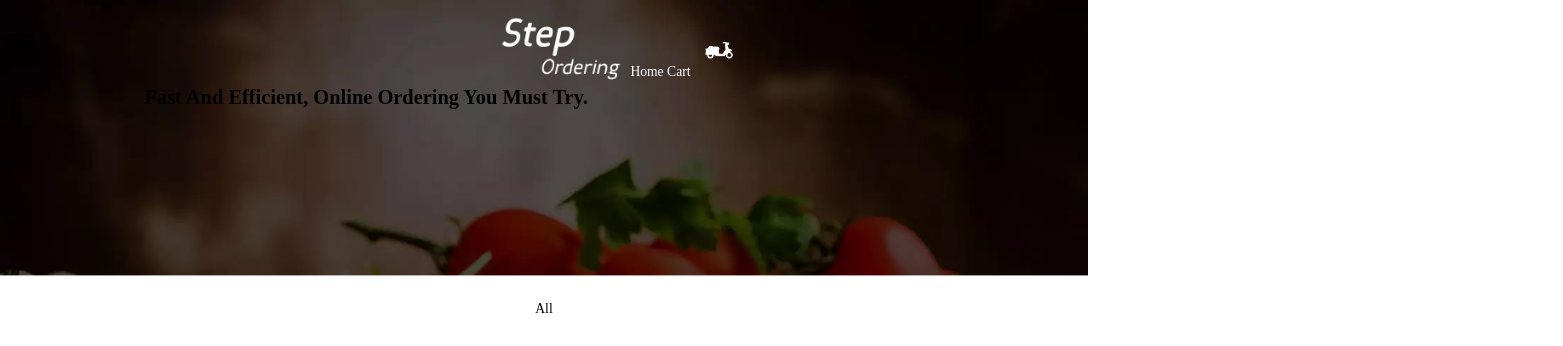
Repository: anastasia29-step/Online-Restaurant
Page: index.html
These files come from the project's save history. The page is drawn as it stood at one moment and after a run of saves; the edit follows.
The browser window is 1280 px wide. The page is 1280 px wide, then 1839 px, so the pictures cover 1839 px, including what lies to the right of the window. The pictures show the whole page, at 85% of full size.

Above is the page before, as saved 2026-03-09 15:11:46.
Not found: app.js/

### index.html
<!DOCTYPE html>
<html lang="en">

<head>
    <meta charset="UTF-8">
    <meta name="viewport" content="width=device-width, initial-scale=1.0">
    <title>Document</title>
    <link rel="stylesheet" href="style.css">
</head>
<body>

    <section class="FirstLine">
        <div class="beside">
             <div class="left">
            <a href="./index.html"><img src="./photo/logo.png" alt=""></a>
        </div>
        <div class="right">
            <a href="./index.html">Home</a>
            <a href="./Cart.html">Cart</a>
            <a href="./Cart.html"><img src="./photo/istockphoto-609074524-612x612 Background Removed.png" alt=""></a>
        </div>
        </div>
        <div class="bottom">
            <h1>Fast And Efficient, Online Ordering You Must Try.</h1>
        </div>
    </section>
    <ul>
        <li onclick="showAll()">All</li>
    </ul>


    <script src="app.js\"></script>
</body>
</html>

### style.css
*{
    margin: 0;
    padding: 0;
    box-sizing: border-box;
}

ul {
    display: flex;
    justify-content: center;
    flex-wrap: wrap;
    list-style: none;
    gap: 20px;
    margin: 30px;
}

.FirstLine {
    height: 45vh;
    background-image: url(./photo/inner_banner.jpg);
    background-position: center;
    background-repeat: no-repeat;
    background-size: cover;
    padding-left: 170px;
    padding-top: 20px;
}

.beside {
    display: flex;
    justify-content: center;
    align-items: center;
}

.beside .right a {
    text-decoration: none;
    color: white;
}

.beside .right img {
    width: 60px;
}

After the next 2 saves:
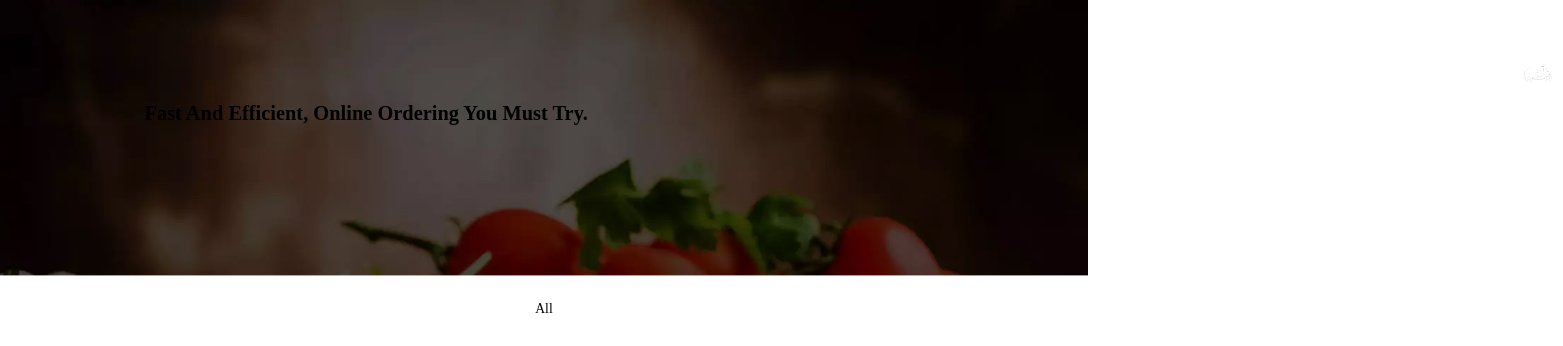
The 2 saves are shown as one change because they came seconds apart.
The last was saved 18 s later.
--- a/style.css
+++ b/style.css
@@ -27,6 +27,7 @@ ul {
     display: flex;
     justify-content: center;
     align-items: center;
+    gap: 2000px;
 }
 
 .beside .right a {
